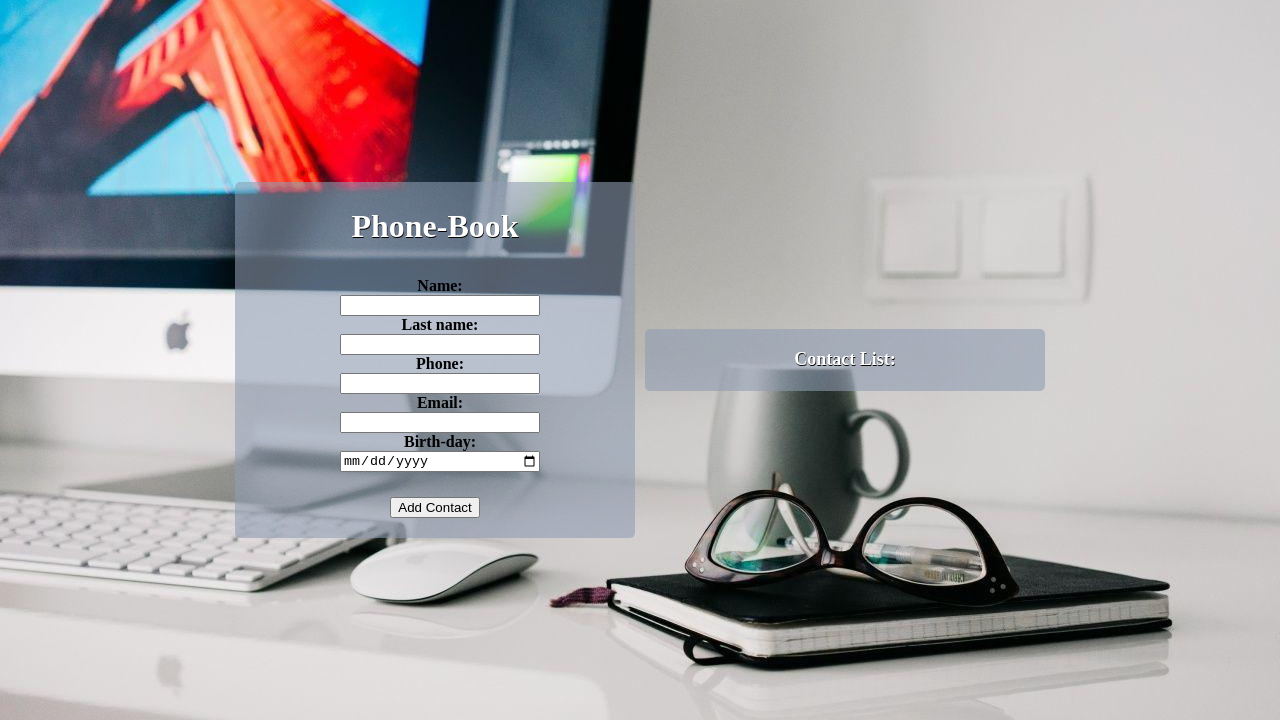
Repository: STA1357/Phone-book
Page: Inner.html
These files come from the project's save history. The page is drawn as it stood at one moment and after the next save; the edit follows.
The browser window is 1280 px wide. The pictures show the whole page.

Above is the page before, as saved 2020-12-10 11:57:41.

### Inner.html
<!DOCTYPE html>
<html lang="en">
<head>
    <meta charset="UTF-8">
    <meta name="viewport" content="width=device-width, initial-scale=1.0">
    <title>Phone Book</title>
    <link rel="stylesheet" href="./styles.css">
    <script src="./app.js"></script>
</head>
<body>
    <form action="#" method="POST">

        <header>
            <div class="header-title">
                <h1>Phone-Book</h1>
            </div>
        </header>

        <main>
            <div class="container">
                <label for="name">Name:</label>
                <input type="text" id="nameInput">
                <label for="lname">Last name:</label>
                <input type="text" id="lnameInput">
                <label for="tel">Phone:</label>
                <input type="text" id="telInput" class="tellinput">
                <label for="email">Email:</label>
                <input type="email" id="emailInput">
                <label for="birthname">Birth-day:</label>
                <input type="date" id="birthInput">
            </div>

        </main>

        <div class="btn">
        <button type="submit" id="btnAdd">Add Contact</button>
    </div>
    </form>
<div class="list-container">
    <h2 class="listTitle">Contact List:</h2>
    <ul id="users"></ul>
</div>
</body>
</html>

### styles.css
*{
    box-sizing: border-box;

}

body{
    display: flex;
    flex-direction: row;
    align-items: center;
    justify-content: center;
    min-height: 100vh;
    margin: 0;
    background: url("./wp3990421-office-wallpapers.jpg") no-repeat fixed center center;
    background-size: cover;
}

.header-title{
    color: white;
    text-shadow: 0.5px 0.5px black;
}

form{

    background-color: rgba(144, 156, 179, 0.589);
    width: 400px;
    max-width: 100%;
    margin-right: 10px;
    text-align: center;
    border-radius: 5px;

}

main{
    margin-left: 25%;
}

.container{
    text-align: center;
    display: block;
    width: 70%;
}

.list-container{
    background-color: rgba(144, 156, 179, 0.589);
    width: 400px;
    max-width: 100%;
    page-break-after: 30px 40px;
    border-radius: 5px;
}

.listTitle{
    color: white;
    text-shadow: 0.5px 0.5px black;
    font-size: 18px;
}

h2{
    text-align: center;
}

label{
    font-weight: bold;
}

input{
    width: 100%;
}








.btn{
    padding: 20px 0;
}


.selected{
    background-color: skyblue;
    color: black;
    text-shadow: 0.5px 0.5px grey;
}

.deleteBtn::before{
    color: brown;
    content: "delete";
}

div{
    padding: 5px;
}

li{
    font-weight: bold;
    font-style: italic;
}

### app.js
window.onload = function() {
    const localKey = 'contactsCollection';
    const form = document.querySelector('form');
    const list = document.getElementById('users');
    const userName = document.getElementById('nameInput');
    const userLname = document.getElementById('lnameInput');
    const userTel = document.getElementById('telInput');
    const userEmail = document.getElementById('emailInput');
    const userBirth = document.getElementById('birthInput');

    let contactsList = getContacts();
    let activeContact = null;

    generateContactList();

    function getContacts() {
        const res = localStorage.getItem(localKey);
        return res ? JSON.parse(res) : [];
    }

    function setToStorage(data) {
        localStorage.setItem(localKey, data);
    }

    function updateContactList(newList) {
        const string = JSON.stringify(newList);
        contactsList = newList;
        setToStorage(string);
        generateContactList();
    }

    function recordContact(newContact) {
        updateContactList([...contactsList, newContact])
    }

    function updateContact(newData) {
        contactsList = contactsList.map(contact => contact.id === newData.id ? newData : contact);
        updateContactList(contactsList);
    }

    function deleteContact(removeId) {
        contactsList = contactsList.filter(({ id }) => id !== removeId);
        updateContactList(contactsList);
    }

    function setActiveContact(id) {
        const contact = document.getElementById(`contact-${id}`);
        contact.classList.toggle('active');
    }

    function generateContactList() {
        console.log(contactsList);
        const fragment = document.createDocumentFragment();
        contactsList.forEach((contact) => {
            const { id, name, lastName, phone, mail, birthDay } = contact;
            const container = document.createElement('div');
            container.onclick = () => setActiveContact(id);
            container.id = `contact-${id}`;
            const title = document.createElement('li');
            title.innerText = `${name} ${lastName}`;

            const infoList = document.createElement('b');
            infoList.innerText = phone + ' - ' + mail + ' - ' + birthDay;
            // phonesList.innerText = phones.join(' ');
            container.appendChild(title);
            container.appendChild(infoList);
            fragment.appendChild(container);

            const deleteBtn = document.createElement('button');
            deleteBtn.className = 'deleteBtn'
            fragment.appendChild(deleteBtn);
            deleteBtn.addEventListener('mousedown', function (e) {
                e.preventDefault();
            })

            deleteBtn.addEventListener('click', function (e) {
                console.log(e);
                deleteContact();
            })

            //const btn = document.createElement('button');
            //btn.onclick = () => !deleteContact(removeId);
            //btn.appendChild(container)


            container.addEventListener('mousedown', function (e) {
                e.preventDefault();
            })

            container.addEventListener('click', function (e) {
                console.log(e);


                if (e.target == this) {
                    return false;

                }
                if (!e.ctrlKey) {
                    clearSelected(this.children);
                }
                addSelected(e.target);
            })

            function clearSelected(elems) {
                for (let elem of elems) {
                    elem.classList.remove('selected');
                }
            }

            function addSelected(target) {
                target.classList.add('selected');
            }
        });


        list.innerHTML = '';
        list.appendChild(fragment);


    }

    function getId() {
        return '_' + Math.random().toString(36).substr(2, 9);
    };

    form.onsubmit = (event) => {
        event.preventDefault();
        const contact = {
            id: getId(),
            name: userName.value,
            lastName: userLname.value,
            phone: userTel.value,
            mail: userEmail.value,
            birthDay: userBirth.value
        }
        recordContact(contact);
        console.log(contact);
    }
}

// const form = document.querySelector('form')
// const list = document.getElementById('users')
// const userName = document.getElementById('nameInput')
// const userLname = document.getElementById('lnameInput')
// const userTel = document.getElementById('telInput')
// const userEmail = document.getElementById('emailInput')
// const userBirth = document.getElementById('birthInput')
// const entry = document.createElement('li')


// function addUser() {
//     const list = document.getElementById('users')
//     const userName = document.getElementById('nameInput')
//     const userLname = document.getElementById('lnameInput')
//     const userTel = document.getElementById('telInput')
//     const userEmail = document.getElementById('emailInput')
//     const userBirth = document.getElementById('birthInput')
//     const entry = document.createElement('li')
//     entry.appendChild(document.createTextNode(userName.value + ' ' + userLname.value + ' '
//     + userTel.value + ' ' + userEmail.value + ' ' + userBirth.value))
//     list.appendChild(entry)
//     return false

// }

// let bookContacts = [];

// const addContacts = (ev) => {
//     ev.preventDefault();
//     let contact = {
//         name: document.getElementById('nameInput').value,
//         lname: userLname.value,
//         tel: userTel.value,
//         email: userEmail.value,
//         birthday: userBirth.value
//     }
//     bookContacts.push(contact);
//     document.forms[0].reset();
// }
// document.addEventListener('DomContentLoad', () =>{
//     document.getElementById('btnAdd').addEventListener('click',addContacts)
// })
// console.log(bookContacts);




/*class Person{
    constructor(options){
        this.name = options.name
        this.lname = options.lname
        this.tel = options.tel
        this.email = options.email
        this.birthday = options.birthday
    }
}

class User extends Person{
    static type = "User"
}

const user = new User({
    name: "",
    lname: "",
    tel: "",
    email:"",
    birthday:""
})


localStorage.setItem('userInfo', JSON.stringify(user));




const raw = localStorage.getItem('userInfo')
const userInfo = JSON.parse(raw)
userInfo.name = 'Maxim'

console.log(userInfo);*/

After the next save:
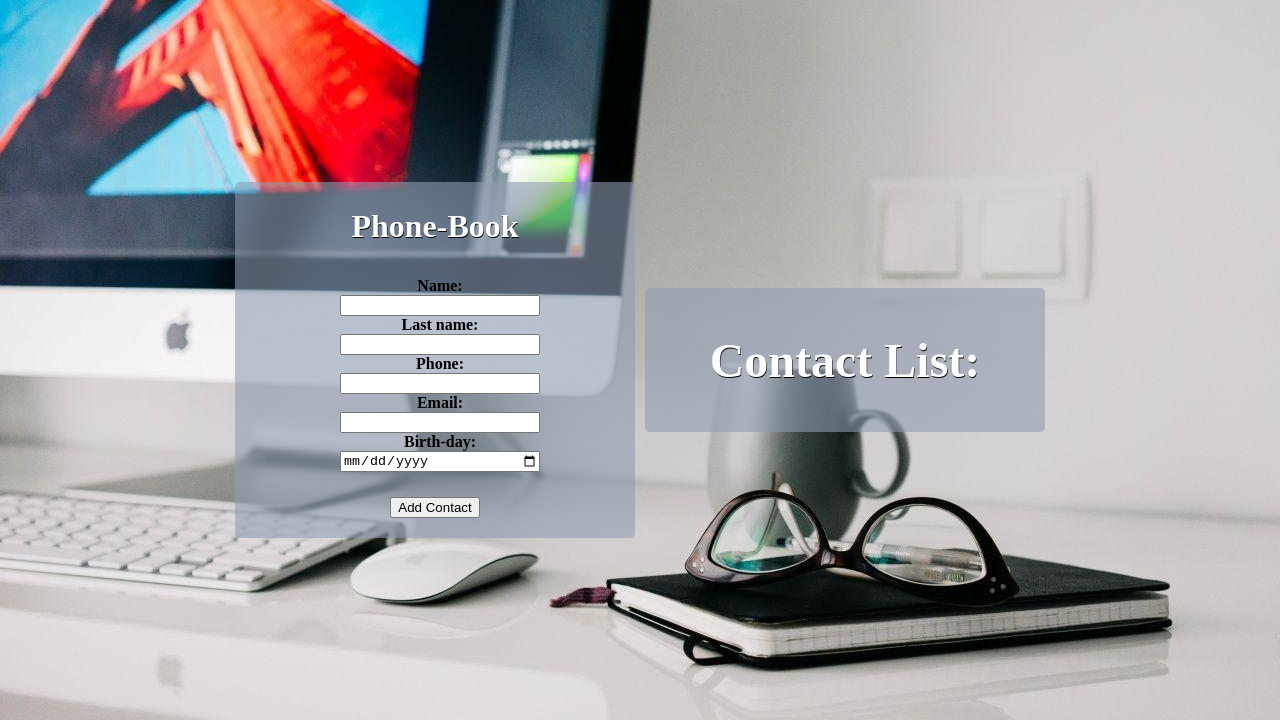
Saved 7 s later.
--- a/styles.css
+++ b/styles.css
@@ -51,7 +51,7 @@ main{
 .listTitle{
     color: white;
     text-shadow: 0.5px 0.5px black;
-    font-size: 18px;
+    font-size: 48px;
 }
 
 h2{
